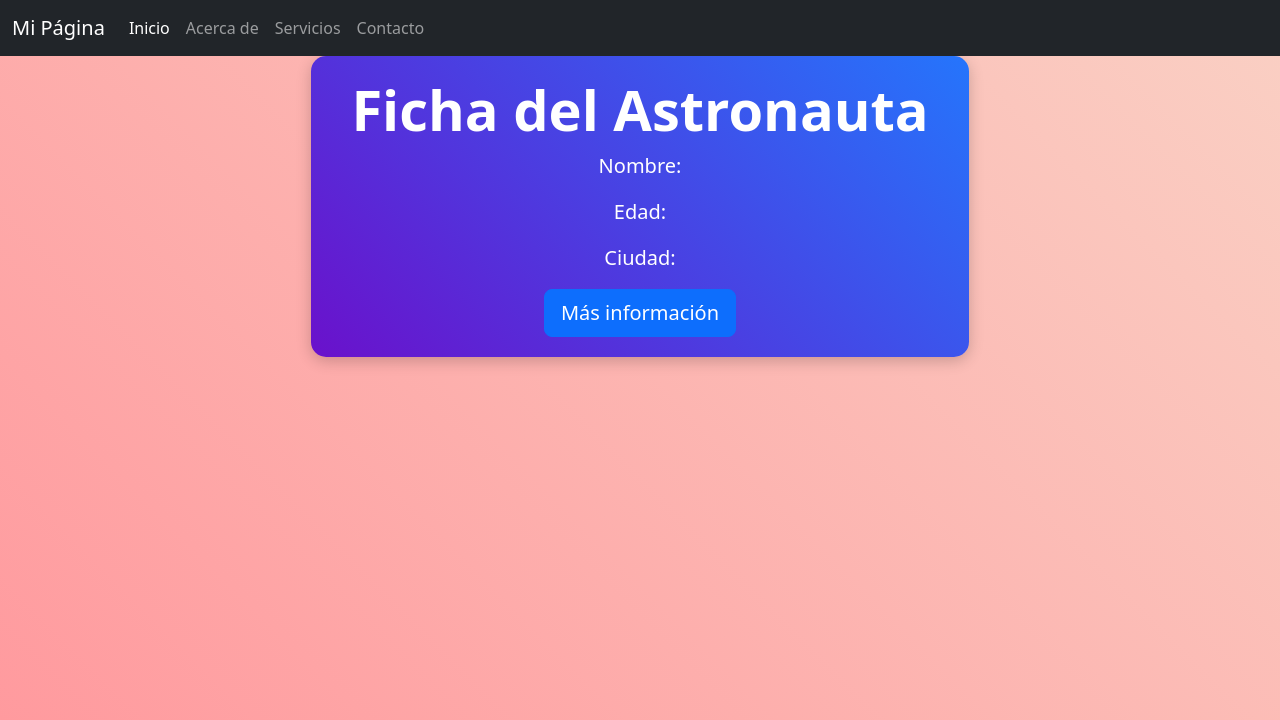
Repository: cristiananes/DWES_2
Page: http://localhost/astronauta
The author's editor kept a copy of each file at every save. The page is drawn from the files as they stood at one save, then again after the next save.
The browser window is 1280 px wide. The pictures show the whole page.
The page is this project's Thymeleaf template; nobody is signed in. The template is opened directly, without the code that normally fills it, so the values that code supplies are empty.

Above is the page before, as saved 2025-01-14 16:04:53.

### cristianag47_ev2_01_AstronautasAula8/src/main/resources/templates/astronauta.html
<!DOCTYPE html>
<html lang="es">
<head>
    <meta charset="UTF-8">
    <meta name="viewport" content="width=device-width, initial-scale=1.0">
    <title>Ficha del Astronauta</title>
    <!-- Enlace a Bootstrap -->
    <link href="https://cdn.jsdelivr.net/npm/bootstrap@5.3.0/dist/css/bootstrap.min.css" rel="stylesheet">
    <!-- Estilo adicional para hacerlo más llamativo -->
    <style>
body {
    background: linear-gradient(45deg, #ff9a9e, #fad0c4);
    min-height: 100vh;
    display: flex;
    flex-direction: column;
    align-items: center;
    margin: 0;
}
        .ficha-astronauta {
            color: white;
            background: linear-gradient(45deg, #6a11cb, #2575fc);
            padding: 20px 40px;
            border-radius: 15px;
            box-shadow: 0 4px 15px rgba(0, 0, 0, 0.2);
            text-align: center;
            animation: zoomIn 1s;
        }
        @keyframes zoomIn {
            0% { transform: scale(0.5); opacity: 0; }
            100% { transform: scale(1); opacity: 1; }
        }
    </style>
</head>
<body>
    <!-- Menú de navegación -->
    <nav class="navbar navbar-expand-lg navbar-dark bg-dark w-100">
        <div class="container-fluid">
            <a class="navbar-brand" href="#">Mi Página</a>
            <button class="navbar-toggler" type="button" data-bs-toggle="collapse" data-bs-target="#navbarNav" aria-controls="navbarNav" aria-expanded="false" aria-label="Toggle navigation">
                <span class="navbar-toggler-icon"></span>
            </button>
            <div class="collapse navbar-collapse" id="navbarNav">
                <ul class="navbar-nav">
                    <li class="nav-item">
                        <a class="nav-link active" aria-current="page" href="#">Inicio</a>
                    </li>
                    <li class="nav-item">
                        <a class="nav-link" href="#">Acerca de</a>
                    </li>
                    <li class="nav-item">
                        <a class="nav-link" href="#">Servicios</a>
                    </li>
                    <li class="nav-item">
                        <a class="nav-link" href="#">Contacto</a>
                    </li>
                </ul>
            </div>
        </div>
    </nav>

    <div class="ficha-astronauta">
        <h1 class="display-4 fw-bold">Ficha del Astronauta</h1>
        <p  class="lead">Nombre: <strong th:text="${astronauta.nombre}">Pedro</strongth:text="${astronauta.nombre}"></p>
        <p class="lead">Edad: <strong th:text="${astronauta.edad}">25 años</strong></p>
        <p class="lead">Ciudad: <strong th:text="${astronauta.nacionalidad}">Valencia</strong></p>
        <a class="btn btn-primary btn-lg" th:href="@{/astronauta}">Más información</a>
    </div>

    <!-- Bootstrap JS (opcional para interactividad) -->
    <script src="https://cdn.jsdelivr.net/npm/bootstrap@5.3.0/dist/js/bootstrap.bundle.min.js"></script>
</body>
</html>

After the next save:
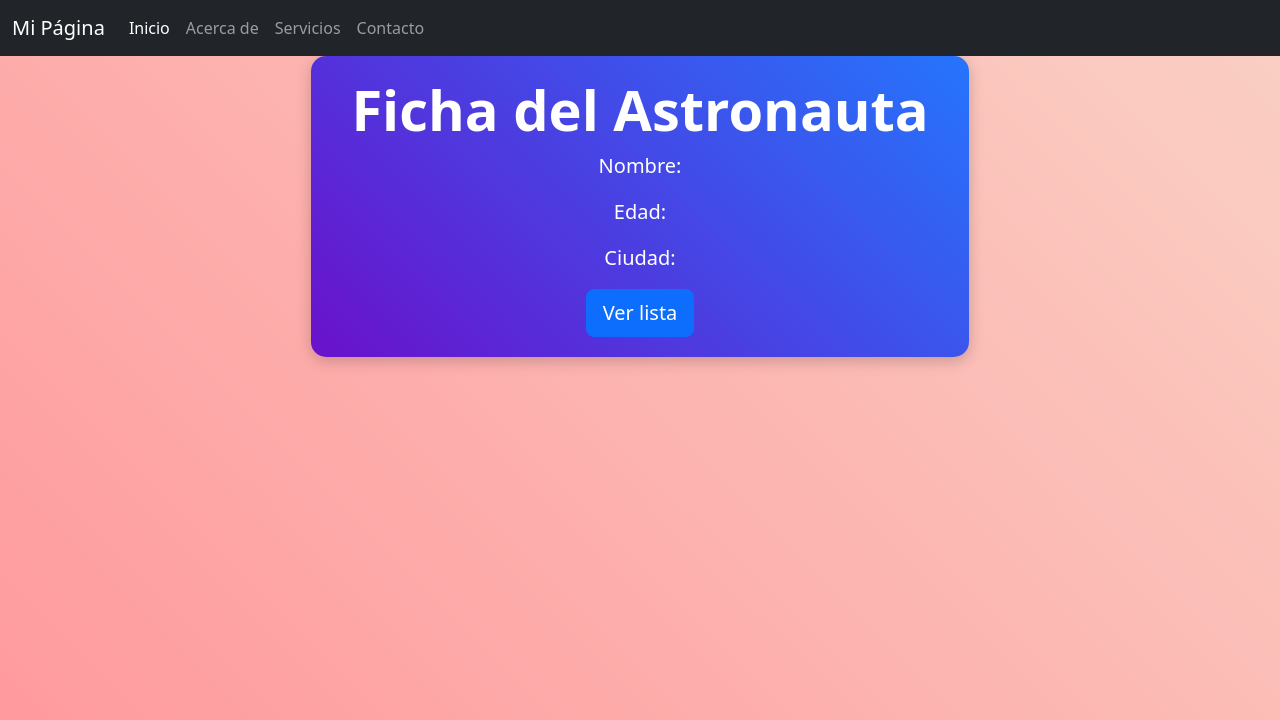
Saved 15 h 43 min later.
--- a/cristianag47_ev2_01_AstronautasAula8/src/main/resources/templates/astronauta.html
+++ b/cristianag47_ev2_01_AstronautasAula8/src/main/resources/templates/astronauta.html
@@ -63,7 +63,7 @@ body {
         <p  class="lead">Nombre: <strong th:text="${astronauta.nombre}">Pedro</strongth:text="${astronauta.nombre}"></p>
         <p class="lead">Edad: <strong th:text="${astronauta.edad}">25 años</strong></p>
         <p class="lead">Ciudad: <strong th:text="${astronauta.nacionalidad}">Valencia</strong></p>
-        <a class="btn btn-primary btn-lg" th:href="@{/astronauta}">Más información</a>
+        <a class="btn btn-primary btn-lg" th:href="@{/astronauta}">Ver lista</a>
     </div>
 
     <!-- Bootstrap JS (opcional para interactividad) -->
